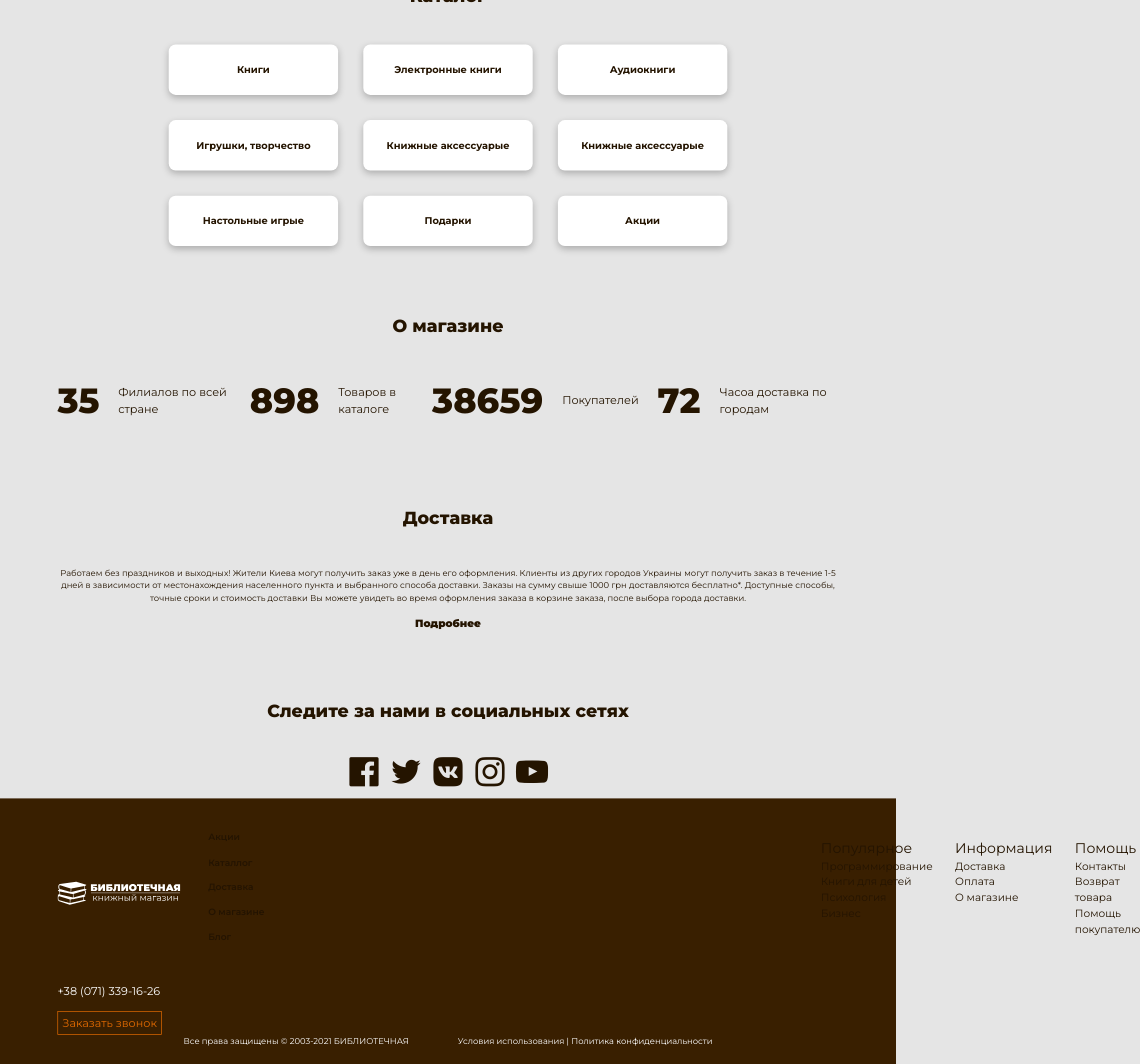
Repository: saidabbasun/Kutubxona
Page: /
The author's editor kept a copy of each file at every save. The page is drawn from the files as they stood at one save, then again after a run of saves.
The browser window is 1280 px wide. The page is 1629 px wide, so the pictures cover 1629 px, including what lies to the right of the window. The pictures show the part of the page from y = 2342 to 3862 px (the page is 3862 px tall), at 70% of full size.
The project was rebuilt for these pictures with package versions that can differ from the ones it lists, and the page was loaded fresh each time.

Above is the page before, as saved 2022-05-31 05:21:56.

After the next 2 saves:
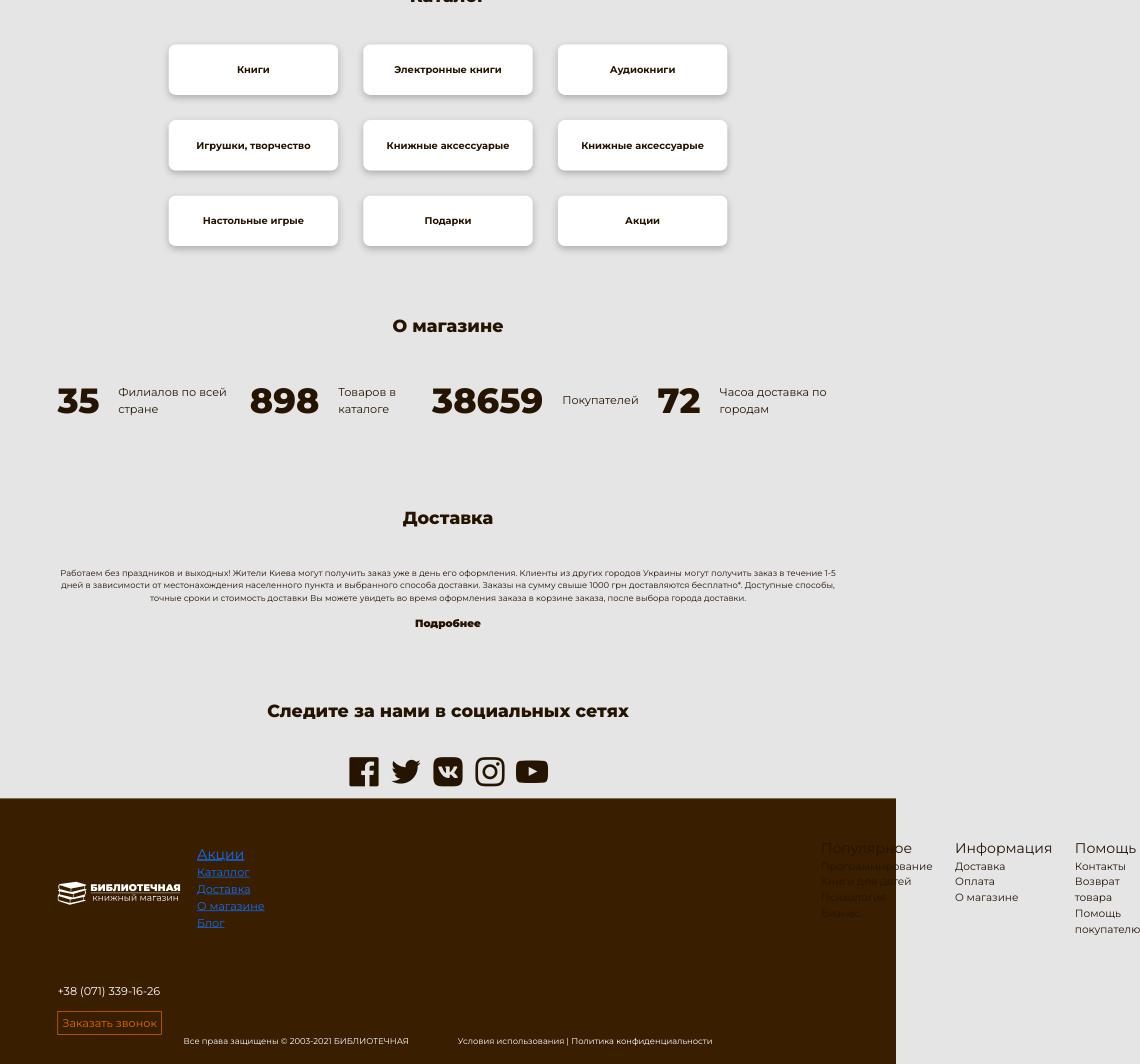
The 2 saves are shown as one change because they came seconds apart.
The last was saved 25 s later.
--- a/src/Components/Footer/Footer.jsx
+++ b/src/Components/Footer/Footer.jsx
@@ -14,20 +14,20 @@
 
         <ul className="menu ">
       <li className="item active">
-        <a className="nav-link" href="#">Акции </a>
+        <a className="link" href="#">Акции </a>
       </li>
-      <li className="nav-item">
-        <a className="nav-link" href="#">Каталлог</a>
+      <li className="item">
+        <a className="link" href="#">Каталлог</a>
       </li>
-      <li className="nav-item ">
-        <a className="nav-link" href="#">Доставка </a>
+      <li className="item ">
+        <a className="link" href="#">Доставка </a>
       </li>
-      <li className="nav-item">
-        <a className="nav-link" href="#">О магазине</a>
+      <li className="item">
+        <a className="link" href="#">О магазине</a>
       </li>
 
-      <li className="nav-item">
-        <a className="nav-link " href="#">Блог</a>
+      <li className="item">
+        <a className="link " href="#">Блог</a>
       </li>
     </ul>
         </div>
